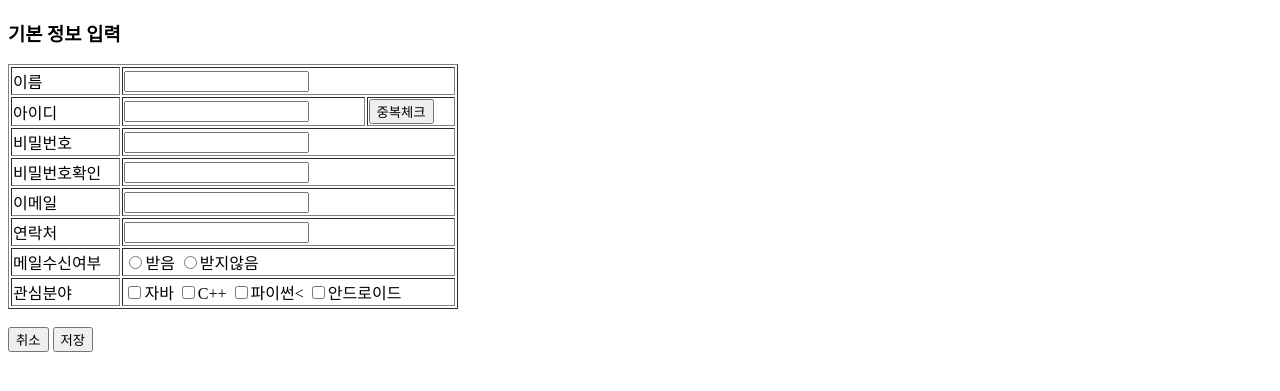
Repository: angelSuho/KCC_Learning_Repo
Page: Html/WebContent/mission03.html
These files come from the project's save history. The page is drawn as it stood at one moment and after the next save; the edit follows.
The browser window is 1280 px wide. The pictures show the whole page.

Above is the page before, as saved 2024-07-08 06:26:11.

After the next save:
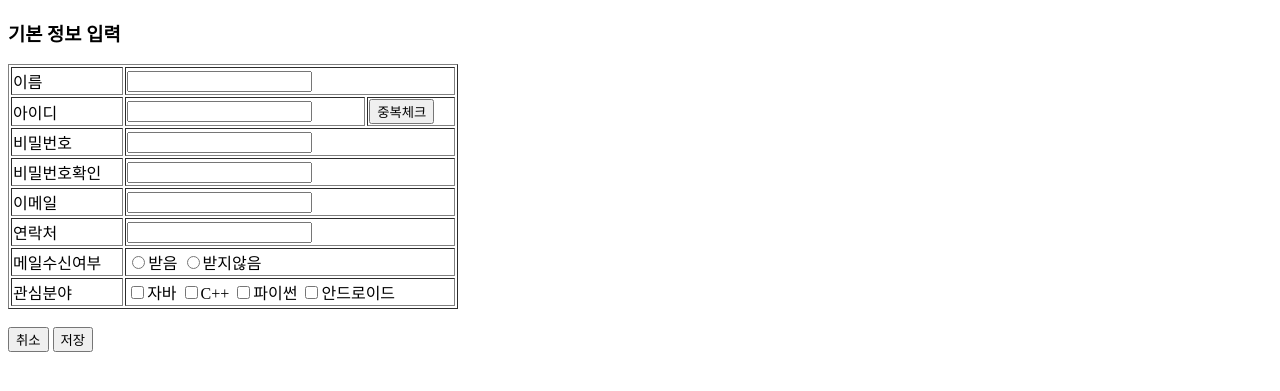
Saved 12 s later.
--- a/Html/WebContent/mission03.html
+++ b/Html/WebContent/mission03.html
@@ -54,7 +54,7 @@
 				<td>관심분야</td>
 				<td colspan="4"><input type="checkbox" name="chk_info" value="자바">자바
 				<input type="checkbox" name="chk_info" value="C++">C++
-				<input type="checkbox" name="chk_info" value="파이썬">파이썬<
+				<input type="checkbox" name="chk_info" value="파이썬">파이썬
 				<input type="checkbox" name="chk_info" value="안드로이드">안드로이드</td>
 			</tr>
 		</tbody>
